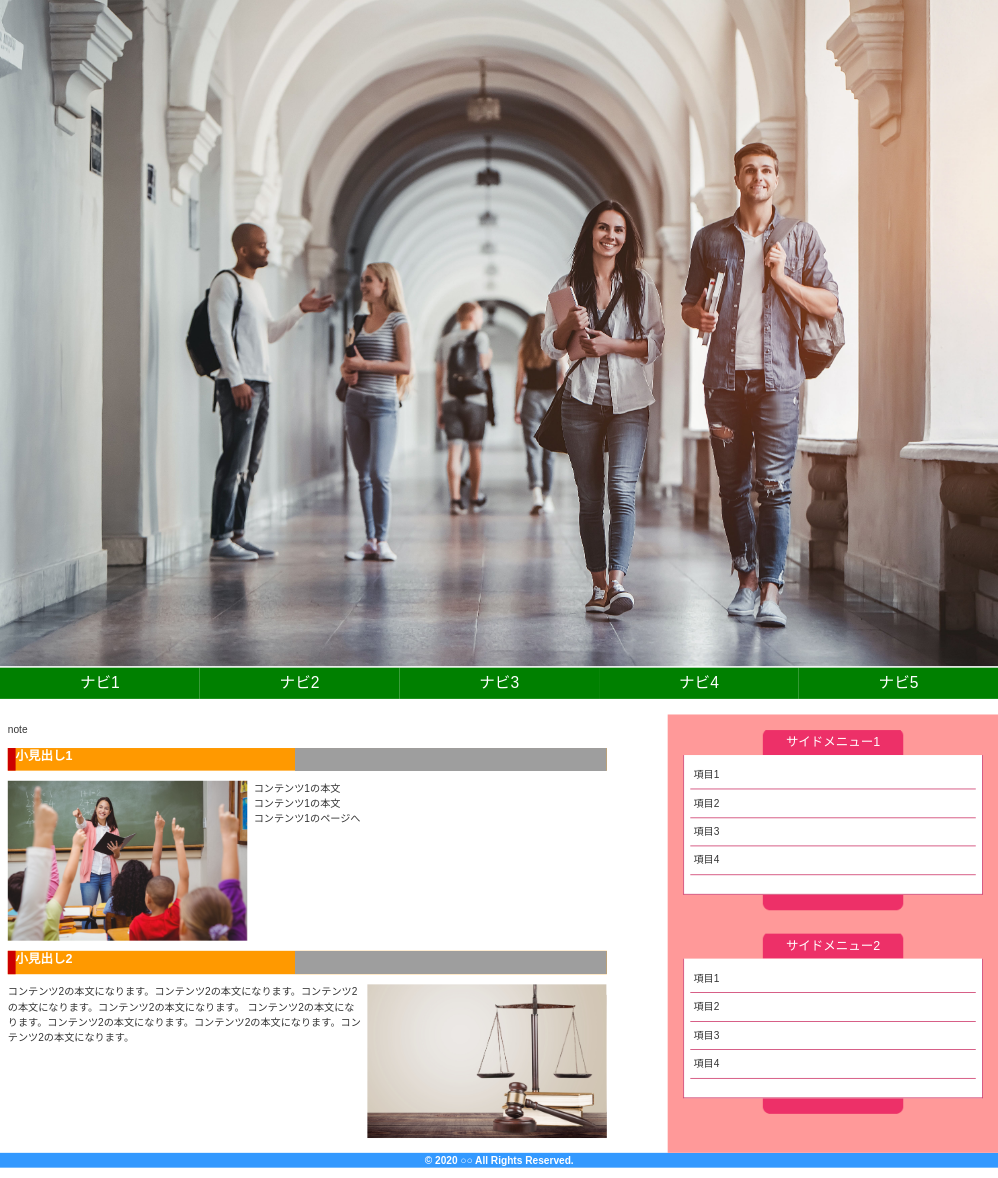
Repository: gotcha430/samurai_HTML-CSS
Page: Sec4real/home.html
The author's editor kept a record of every edit. The page is drawn from the files as they stood at one moment, then again after the next edit.
The browser window is 1280 px wide. The pictures show the whole page, at 78% of full size.
Pictures or frames that could not be fetched are drawn as grey boxes.

Above is the page before.

After the next edit:
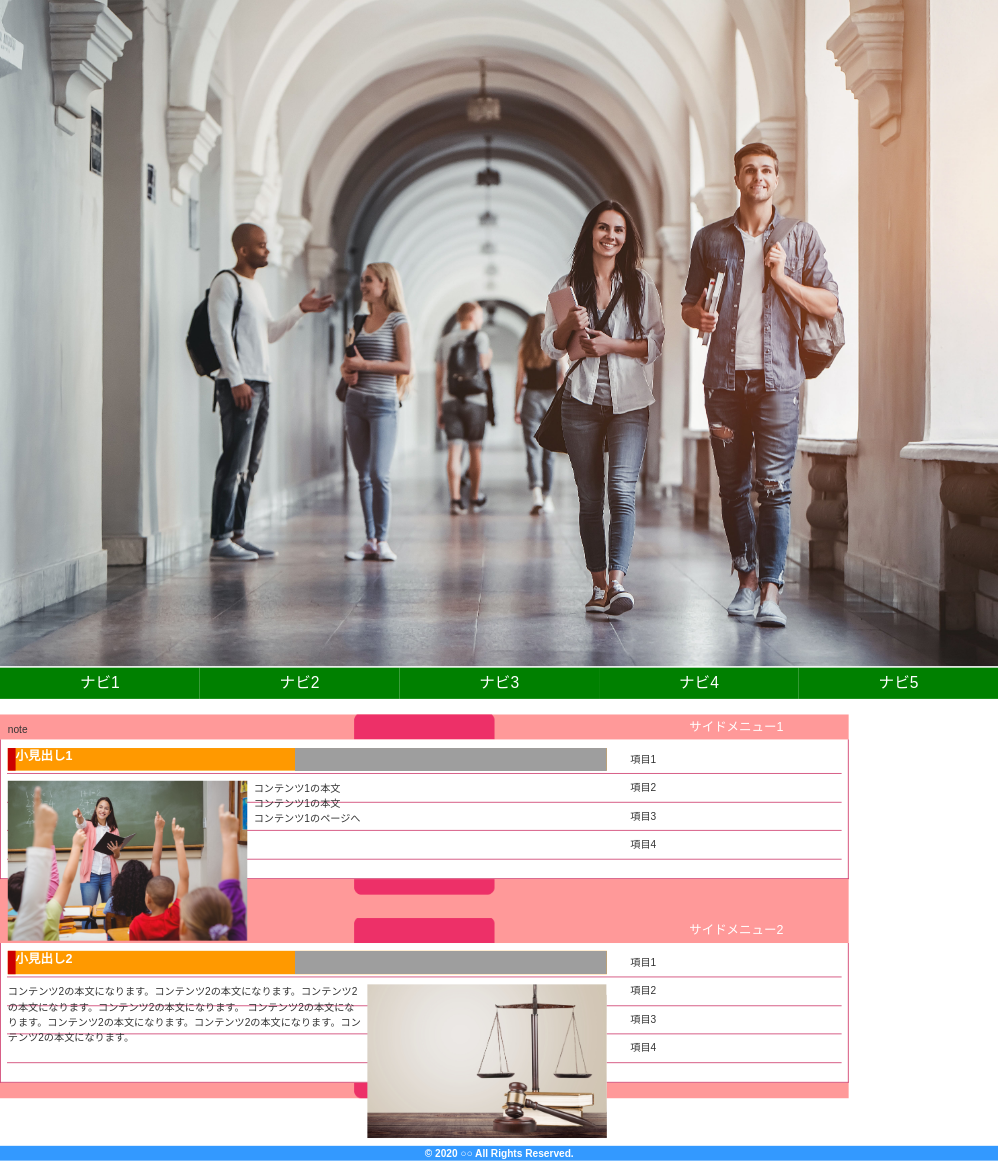
The edit:
--- a/Sec4real/stylesheet.css
+++ b/Sec4real/stylesheet.css
@@ -120,9 +120,11 @@
 }
 /*sidemenu*/
 #side{
-	float:right;
-	width:30%;
-	padding:20px;
+	width:85%;
+	/*float:right;*/
+
+	/*width:30%;*/
+	/*padding:20px;*/
 	background-color:#F99;
 }
 #side .box{
